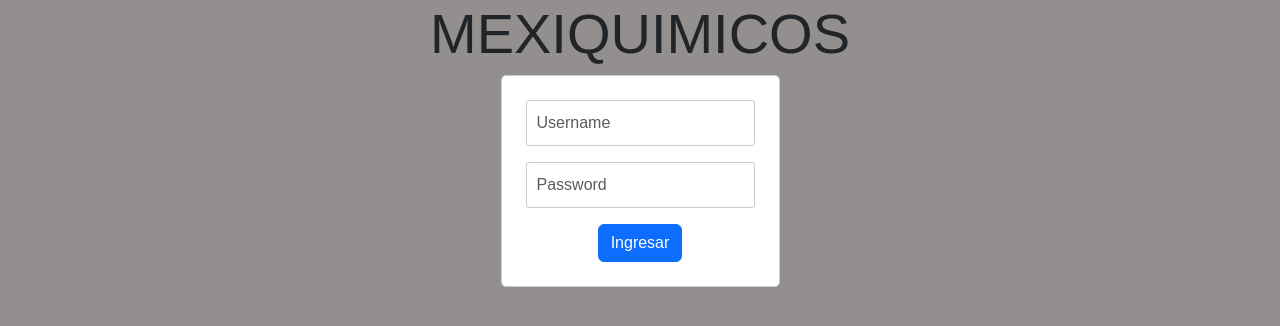
Repository: iDiv3r/MexiQuimicosIsay
Page: Index.html
An editor plug-in stored every save of this project. The page is shown before and after the next save, followed by the edit.
The browser window is 1280 px wide. The pictures show the whole page.

Above is the page before, as saved 2023-11-25 00:06:15.

### Index.html
<!DOCTYPE html>
<html lang="es">
<head>
  <meta charset="UTF-8">
  <title>MEXIQUIMICO</title>
  <link rel="stylesheet" href="https://cdn.jsdelivr.net/npm/bootstrap@5.3.0/dist/css/bootstrap.min.css">
  <style>
    body {
      background-color: #6f6a6abe;
      font-family: Arial, sans-serif;
    }

    h1 {
      text-align: center;
      color: #a98c8c;
    }

    form {
      max-width: 300px;
      margin: 0 auto;
      padding: 20px;
      background-color: #fff;
      border: 1px solid #ccc;
      border-radius: 5px;
    }

    input[type="text"],
    input[type="password"] {
      width: 100%;
      padding: 10px;
      margin-bottom: 10px;
      border: 1px solid #ccc;
      border-radius: 3px;
    }

    input[type="submit"] {
      width: 100%;
      padding: 10px;
      background-color: #333;
      color: #fff;
      border: none;
      border-radius: 3px;
      cursor: pointer;
    }

    input[type="submit"]:hover {
      background-color: #555;
    }
  </style> <!-- Aquí se corrigió el cierre del bloque de estilos -->
</head>
<body>
  <h1 class="display-4 text-align-absolute text-dark">MEXIQUIMICOS</h1>

  <div class="container text-center ">
    <div class="row justify-content-md-center">
      <div class="col-md-auto fixed">
  <form class="p-4">
    <div class="mb-3">
      <input type="text" class="form-control" placeholder="Username" required>
    </div>
    <div class="mb-3">
      <input type="password" class="form-control" placeholder="Password" required>
    </div>
    <button type="submit" class="btn btn-primary">Ingresar</button>
  </form></div></div>
</div>
</body>
</html>

After the next save:
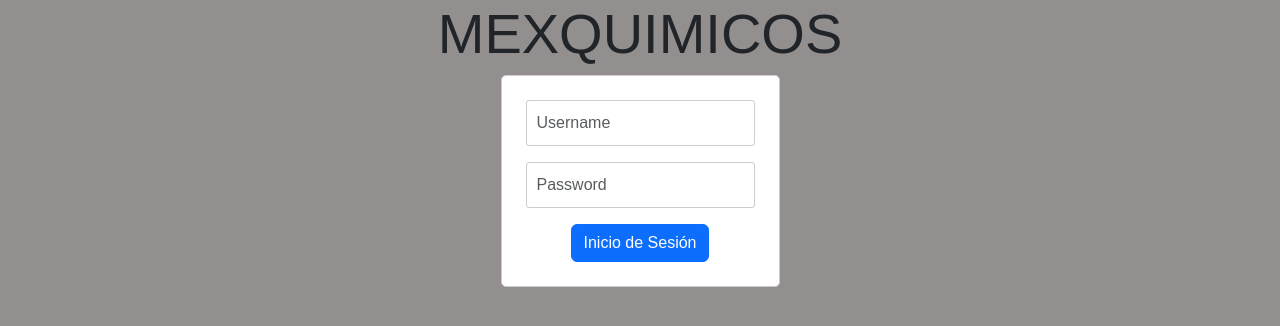
Saved 2 min 20 s later.
--- a/Index.html
+++ b/Index.html
@@ -49,7 +49,7 @@
   </style> <!-- Aquí se corrigió el cierre del bloque de estilos -->
 </head>
 <body>
-  <h1 class="display-4 text-align-absolute text-dark">MEXIQUIMICOS</h1>
+  <h1 class="display-4 text-align-absolute text-dark">MEXQUIMICOS</h1>
 
   <div class="container text-center ">
     <div class="row justify-content-md-center">
@@ -61,7 +61,7 @@
     <div class="mb-3">
       <input type="password" class="form-control" placeholder="Password" required>
     </div>
-    <button type="submit" class="btn btn-primary">Ingresar</button>
+    <button type="submit" class="btn btn-primary">Inicio de Sesión</button>
   </form></div></div>
 </div>
 </body>
